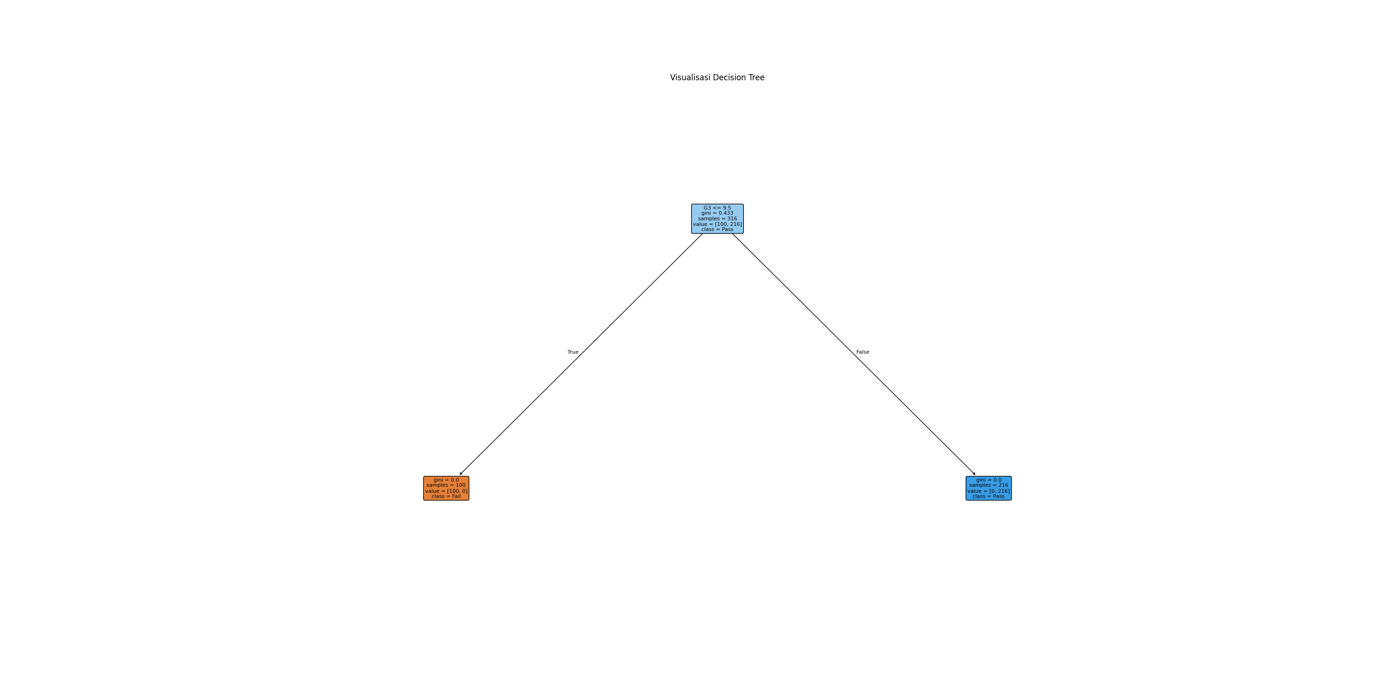
Repository: RadityaPatria/DecisionTree_434231086
Script's output: python Decision_Tree.py
An editor plug-in stored every save of this project. The script's output is shown before and after the next save, followed by the edit.
Figures wider than 1,400 px are first shrunk to that width. Random numbers start from a fixed seed.

Above is the script's output before, as saved 2025-09-26 06:08:29.

After the next save:
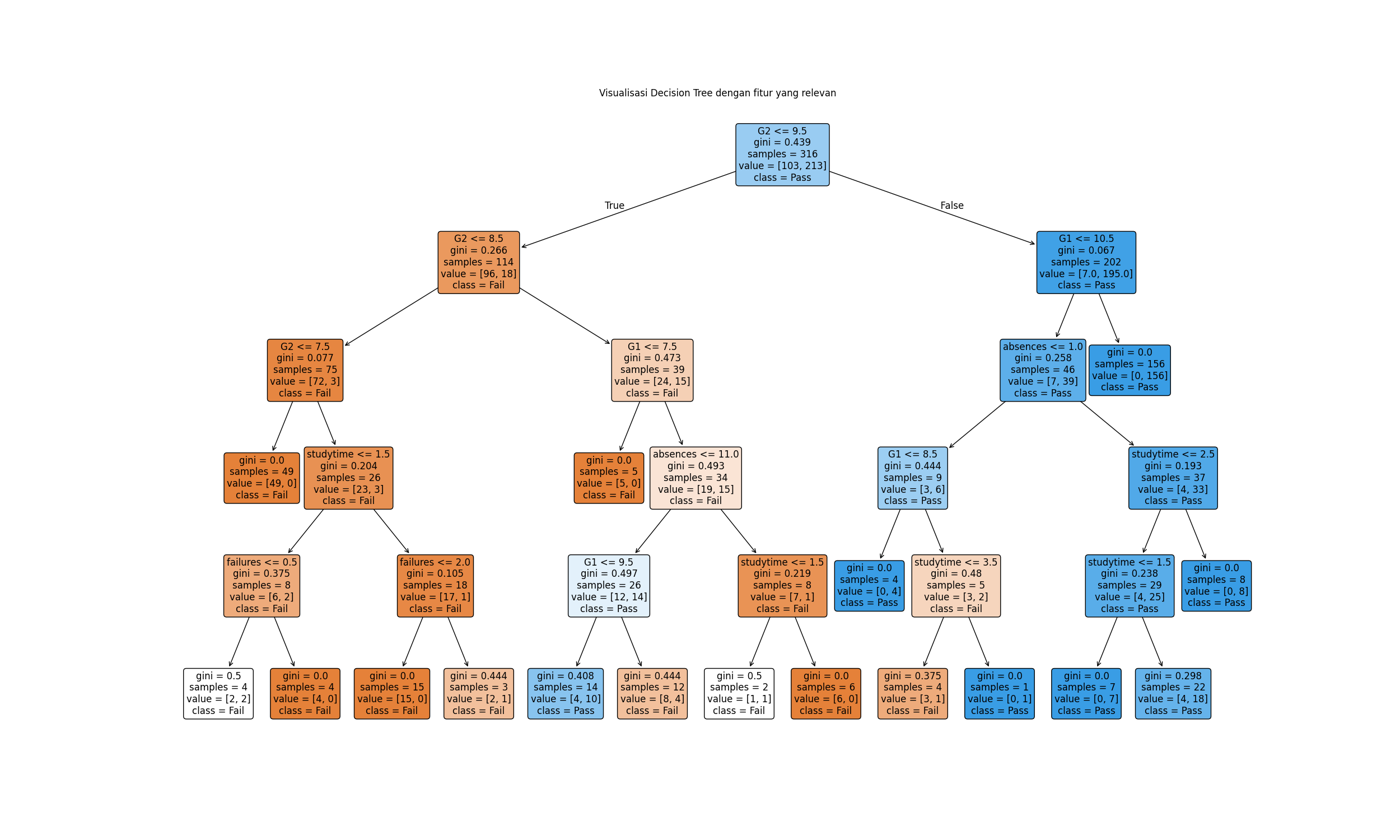
Saved 117 s later.
--- a/Decision_Tree.py
+++ b/Decision_Tree.py
@@ -3,127 +3,73 @@
 # ====================================================
 import numpy as np
 import pandas as pd
-import seaborn as sns
 import matplotlib.pyplot as plt
 
-from sklearn.metrics import (
-    classification_report,
-    confusion_matrix,
-    accuracy_score,
-    precision_score,
-    recall_score,
-    f1_score
-)
 from sklearn.model_selection import train_test_split
 from sklearn.tree import DecisionTreeClassifier, plot_tree
+from sklearn.metrics import classification_report, confusion_matrix, accuracy_score
 
 # ====================================================
-# 2. Menampilkan Semua Data
+# 2. Load Data
 # ====================================================
 data = pd.read_csv("student-mat-pass-or-fail.csv")
 
 print("DATA AWAL".center(75, "="))
-print(data.head())
-print("="*75, "\n")
-
-print("INFO DATASET".center(75, "="))
-print(data.info())
-print("="*75, "\n")
-
-print("DESKRIPSI DATASET".center(75, "="))
-print(data.describe())
-print("="*75, "\n")
+print(data.head(), "\n")
 
 # ====================================================
-# 3. Grouping Variabel & Kelas
+# 3. Pilih fitur dan target
 # ====================================================
-print("GROUPING VARIABEL".center(75, "="))
-X = data.iloc[:, :-1].values    # semua kolom kecuali terakhir (fitur)
-y = data.iloc[:, -1].values     # kolom terakhir (kelas/target)
+# buang G3 biar tidak bocor
+fitur = ["studytime", "failures", "absences", "G1", "G2"]
+X = data[fitur].values
+y = data.iloc[:, -1].values  # target terakhir (Pass/Fail)
 
-print("Data Variabel".center(75, "="))
-print(X)
-print("Data Kelas".center(75, "="))
-print(y)
-print("="*75, "\n")
-
-# pastikan target dalam bentuk numerik
+# pastikan target numerik (0=Fail, 1=Pass)
 y = pd.Series(y)
 if y.dtype == object:
     y = y.str.lower().map(lambda v: 1 if str(v).strip() in ("pass","yes","1","true") else 0).values
 
-# ====================================================
-# 4. Training dan Testing
-# ====================================================
-print("SPLITTING DATA 80-20".center(75, "="))
-X_train, X_test, y_train, y_test = train_test_split(
-    X, y, test_size=0.2, random_state=0
-)
-
-print("Instance variabel data training".center(75, "="))
-print(X_train)
-print("Instance kelas data training".center(75, "="))
-print(y_train)
-print("Instance variabel data testing".center(75, "="))
-print(X_test)
-print("Instance kelas data testing".center(75, "="))
-print(y_test)
+print("FITUR YANG DIPAKAI".center(75, "="))
+print(fitur)
 print("="*75, "\n")
 
 # ====================================================
-# 5. Pemodelan Decision Tree
+# 4. Split Data
 # ====================================================
-decision_tree = DecisionTreeClassifier(random_state=0)
+X_train, X_test, y_train, y_test = train_test_split(
+    X, y, test_size=0.2, random_state=42
+)
+
+# ====================================================
+# 5. Train Decision Tree
+# ====================================================
+decision_tree = DecisionTreeClassifier(
+    criterion="gini",   # bisa "entropy" juga
+    max_depth=5,        # batasi kedalaman biar kelihatan rapi
+    random_state=42
+)
 decision_tree.fit(X_train, y_train)
 
 # ====================================================
-# 6. Prediksi Decision Tree
+# 6. Prediksi & Evaluasi
 # ====================================================
-print("INSTANCE PREDIKSI DECISION TREE".center(75, "="))
-Y_pred = decision_tree.predict(X_test)
-print(Y_pred)
-print("="*75, "\n")
+y_pred = decision_tree.predict(X_test)
+print("Akurasi:", round(accuracy_score(y_test, y_pred) * 100, 2), "%\n")
+print("Classification Report:\n", classification_report(y_test, y_pred))
+print("Confusion Matrix:\n", confusion_matrix(y_test, y_pred), "\n")
 
 # ====================================================
-# 7. Prediksi Akurasi
+# 7. Visualisasi Pohon Keputusan
 # ====================================================
-accuracy = round(accuracy_score(y_test, Y_pred) * 100, 2)
-print("Akurasi:", accuracy, "%")
-print("="*75, "\n")
-
-# ====================================================
-# 8. Classification Report & Confusion Matrix
-# ====================================================
-print("CLASSIFICATION REPORT DECISION TREE".center(75, "="))
-print(classification_report(y_test, Y_pred))
-
-cm = confusion_matrix(y_test, Y_pred)
-print("Confusion Matrix:")
-print(cm)
-print("="*75, "\n")
-
-# ====================================================
-# 9. Visualisasi Decision Tree
-# ====================================================
-plt.figure(figsize=(30,15))
+plt.figure(figsize=(25,15))
 plot_tree(
     decision_tree,
-    feature_names=data.columns[:-1],
+    feature_names=fitur,
     class_names=["Fail", "Pass"],
     filled=True,
     rounded=True,
-    fontsize=8
+    fontsize=12
 )
-plt.title("Visualisasi Decision Tree")
+plt.title("Visualisasi Decision Tree dengan fitur yang relevan")
 plt.show()
-
-# ====================================================
-# 10. Contoh Input Manual
-# ====================================================
-print("CONTOH INPUT MANUAL".center(75, "="))
-# ambil 1 data dari testing
-sample = X_test[0].reshape(1, -1)
-print("Data uji:", sample)
-prediksi = decision_tree.predict(sample)
-print("Hasil Prediksi:", "Pass" if prediksi[0] == 1 else "Fail")
-print("="*75, "\n")
